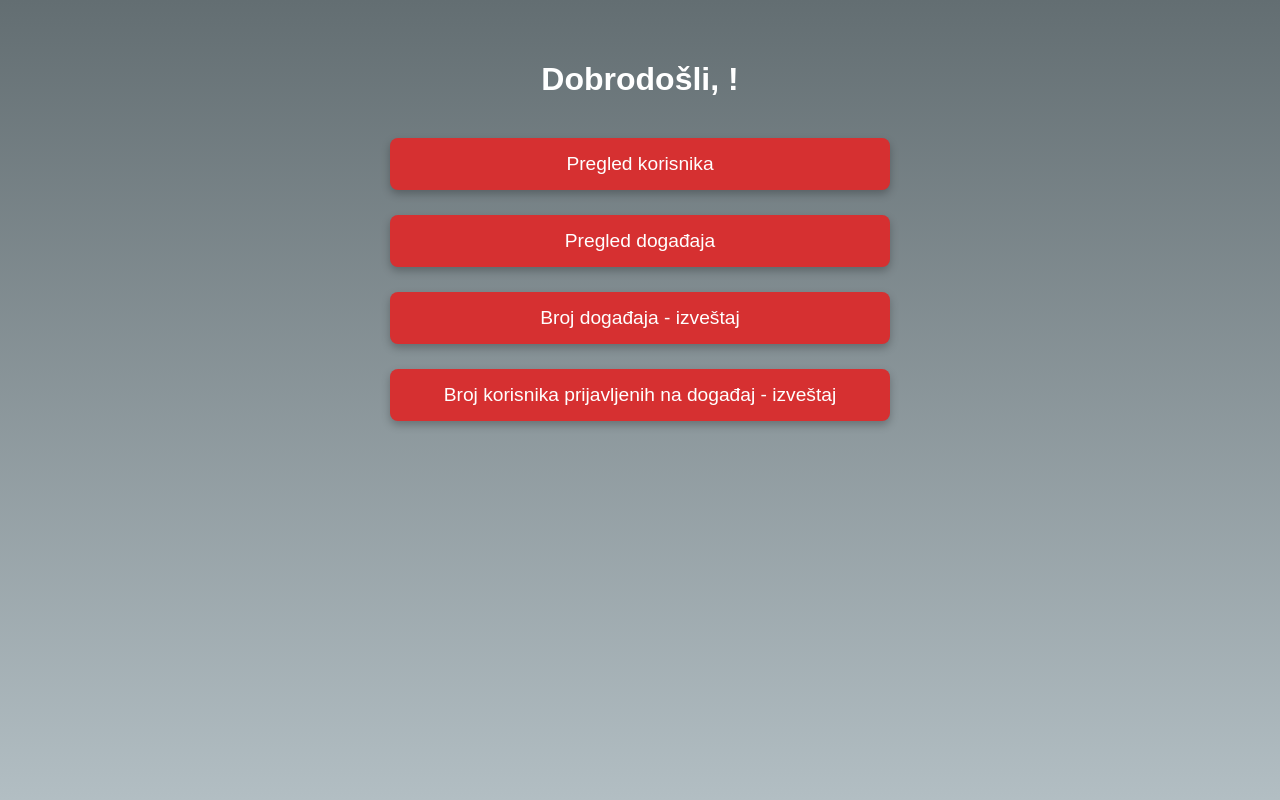
Repository: OggyWeiss/Projekat
Page: http://localhost/DogadjajiWEB/administrator/administratorHome.jsp
An editor plug-in stored every save of this project. The page is shown before and after the next save, followed by the edit.
The browser window is 1280 px wide. The pictures show the whole page.
The page is served by Tomcat 10. The template is opened directly, without the code that normally fills it, so the values that code supplies are empty.

Above is the page before, as saved 2025-09-06 10:16:51.

After the next save:
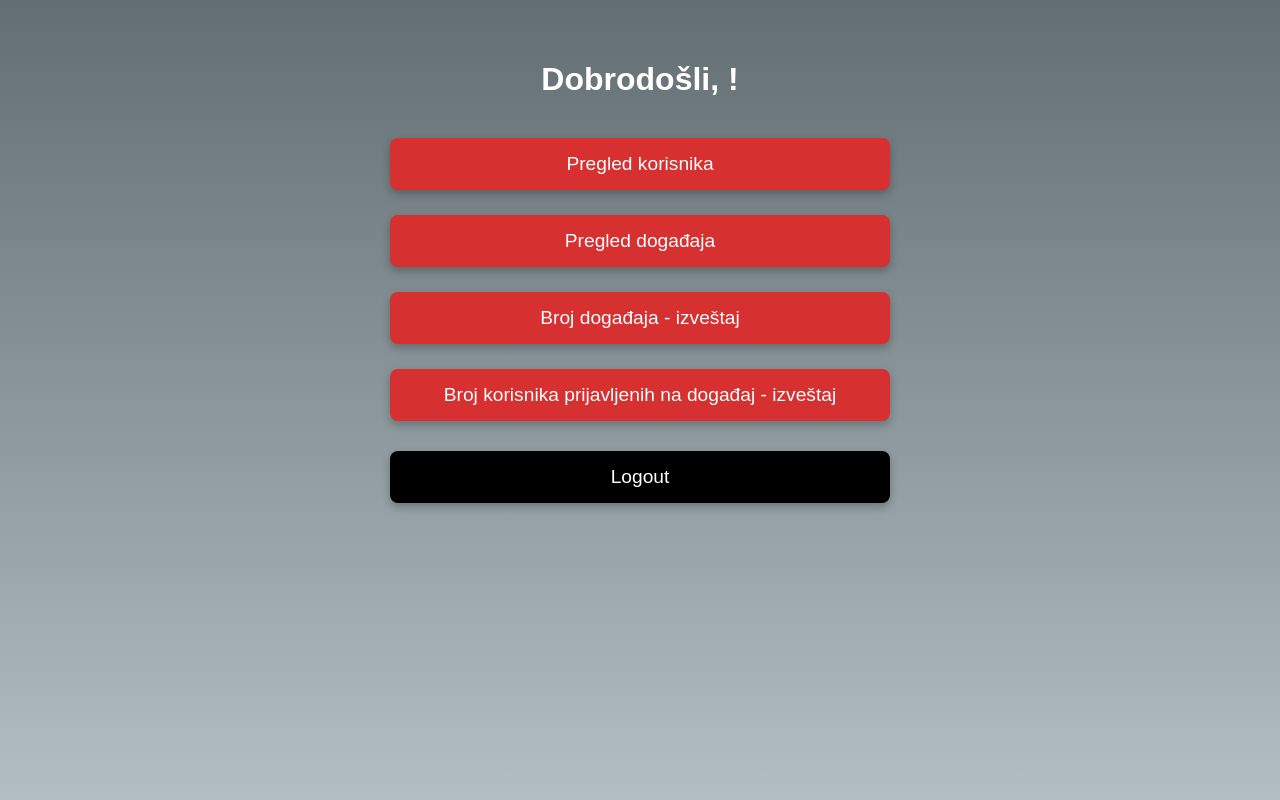
Saved 77 s later.
--- a/DogadjajiWEB/src/main/webapp/administrator/administratorHome.jsp
+++ b/DogadjajiWEB/src/main/webapp/administrator/administratorHome.jsp
@@ -41,25 +41,6 @@ h1 {
 	font-size: 1.2rem;
 	cursor: pointer;
 	text-align: center;
-	flex: 1 1 150px;
-	box-shadow: 0 4px 8px rgba(0, 0, 0, 0.25);
-	transition: background-color 0.3s ease;
-}
-
-.btn:hover {
-	background-color: #e17055;
-}
-
-.btn {
-	background-color: #d63031;
-	color: white;
-	padding: 15px 40px;
-	border: none;
-	border-radius: 8px;
-	text-decoration: none;
-	font-size: 1.2rem;
-	cursor: pointer;
-	text-align: center;
 	flex: 1 1 200px;
 	box-shadow: 0 4px 8px rgba(0, 0, 0, 0.25);
 	transition: background-color 0.3s ease;
@@ -67,15 +48,33 @@ h1 {
 	align-items: center;
 	justify-content: center;
 }
+
+.btn:hover {
+	background-color: #e17055;
+}
+
+.logout-btn {
+	background-color: black;
+}
+.logout-btn:hover {
+	background-color: #333;
+}
 </style>
 </head>
 <body>
 	<h1>Dobrodošli, ${ulogovaniKorisnik.ime}!</h1>
 	<div class="btn-container">
-		<a href="/Dogadjaji/administratorController/pregledKorisnika"class="btn">Pregled korisnika</a>
-		<a href="/Dogadjaji/administratorController/pregledDogadjaja"class="btn">Pregled događaja</a>
+		<a href="/Dogadjaji/administratorController/pregledKorisnika" class="btn">Pregled korisnika</a>
+		<a href="/Dogadjaji/administratorController/pregledDogadjaja" class="btn">Pregled događaja</a>
 		<a href="/Dogadjaji/administratorController/brojDogadjaja" class="btn">Broj događaja - izveštaj</a>
 		<a href="/Dogadjaji/administratorController/brojPrijava" class="btn">Broj korisnika prijavljenih na događaj - izveštaj</a>
 	</div>
+
+
+	<div class="btn-container" style="margin-top: 30px;">
+		<form action="/Dogadjaji/loginController/odjava" method="get" style="width: 100%; display: flex; justify-content: center;">
+			<button type="submit" class="btn logout-btn">Logout</button>
+		</form>
+	</div>
 </body>
 </html>
